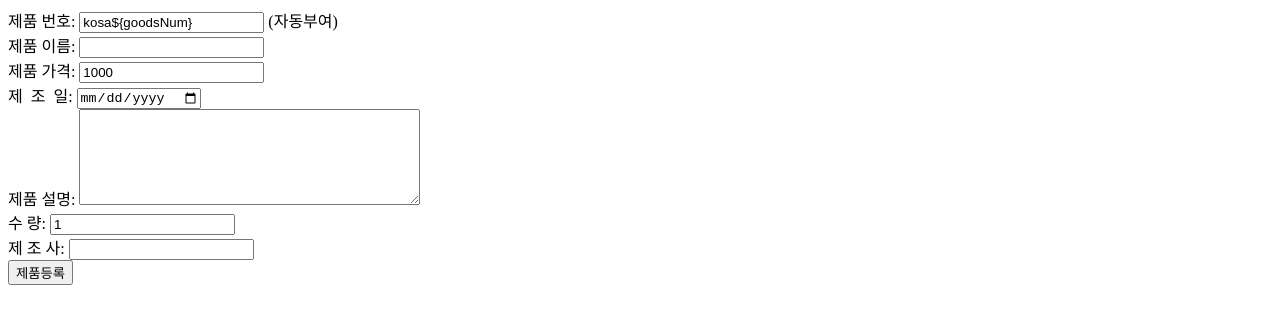
Repository: doram2/dodam
Page: http://localhost/thymeleaf/goods/goodsForm
The author's editor kept a copy of each file at every save. The page is drawn from the files as they stood at one save, then again after the next save.
The browser window is 1280 px wide. The pictures show the whole page.
The page is this project's Thymeleaf template; nobody is signed in. The template is opened directly, without the code that normally fills it, so the values that code supplies are empty.

Above is the page before, as saved 2022-01-20 06:02:40.

After the next save:
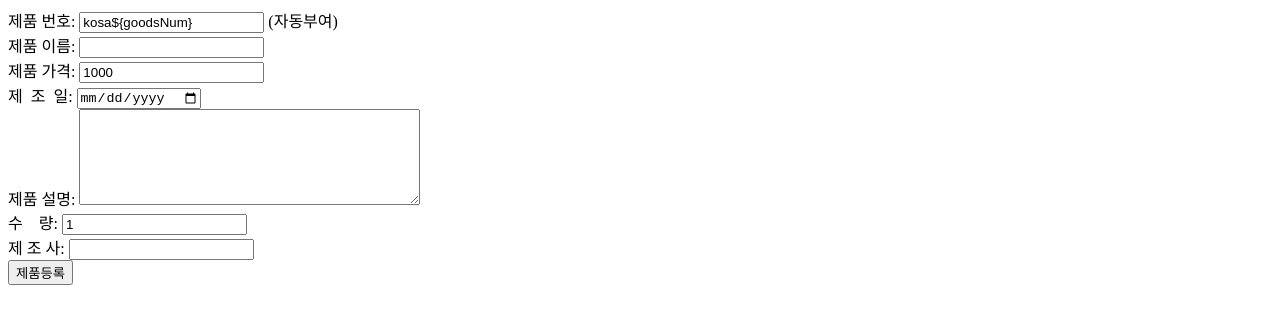
Saved 7 s later.
--- a/springBootTest2/src/main/resources/templates/thymeleaf/goods/goodsForm.html
+++ b/springBootTest2/src/main/resources/templates/thymeleaf/goods/goodsForm.html
@@ -10,7 +10,7 @@
 	제품 가격: <input type="number" name="goodsPrice" min=1000 value="1000"/><br/>
 	제&nbsp;&nbsp;조&nbsp;&nbsp;일: <input type="date" name="goodsDate"/><br/>
 	제품 설명: <textarea rows="6" cols="40" name="goodsContent"></textarea><br/>
-	수	량: <input type="number" min=1 value="1" name="goodsQty"><br/>
+	수&nbsp;&nbsp;&nbsp;&nbsp;량: <input type="number" min=1 value="1" name="goodsQty"><br/>
 	제 조 사: <input type="text" name="goodsCompany"/><br/>
 	<input type="submit" value="제품등록"/>
 </body>
